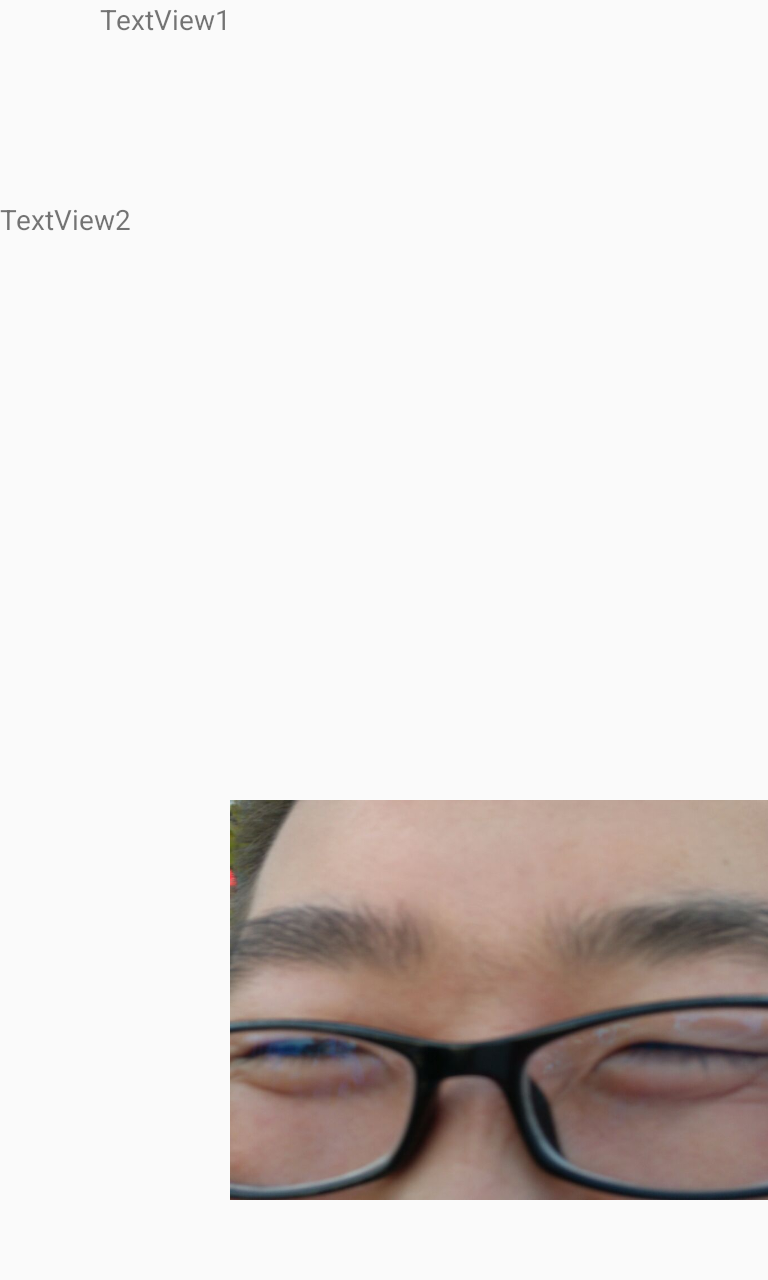
Repository: mjchow/qiuyi
Layout: demo1/res/layout/activity_main.xml
An editor plug-in stored every save of this project. The layout is shown before and after the next save, followed by the edit.
It is drawn on a 768 x 1280 px phone screen (xhdpi) without system bars, with theme AppTheme; the app's code is not run.

Above is the layout before, as saved 2014-12-25 15:57:05.

After the next save:
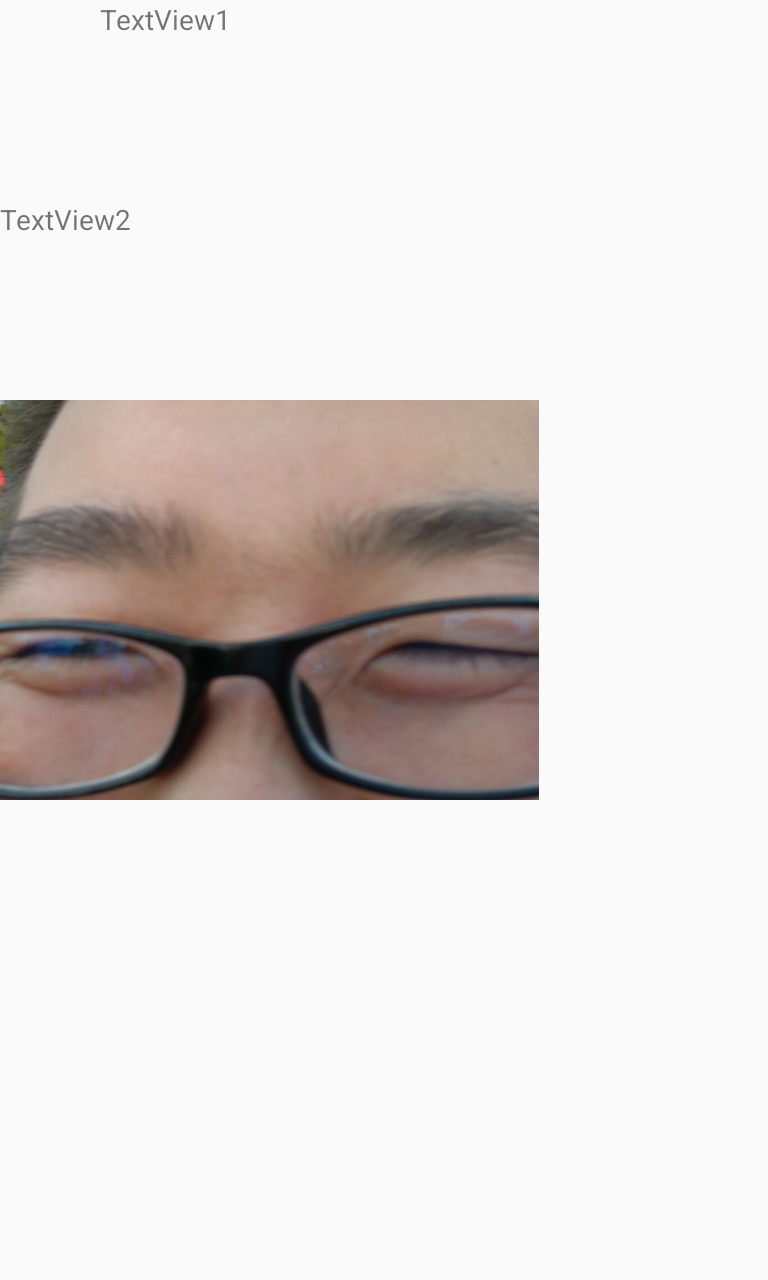
Saved 38 s later.
--- a/demo1/res/layout/activity_main.xml
+++ b/demo1/res/layout/activity_main.xml
@@ -8,10 +8,10 @@
 
     <ImageView
          android:id="@+id/imageview1"
-         android:layout_marginTop="400dp"
+         android:layout_marginTop="200dp"
          android:layout_width="500dp"
          android:layout_height="200dp"
-         android:scaleType="fitCenter"
+         android:scaleType="fitStart"
          android:src="@drawable/ydt1" />
       <TextView
         android:id="@+id/textView1"
